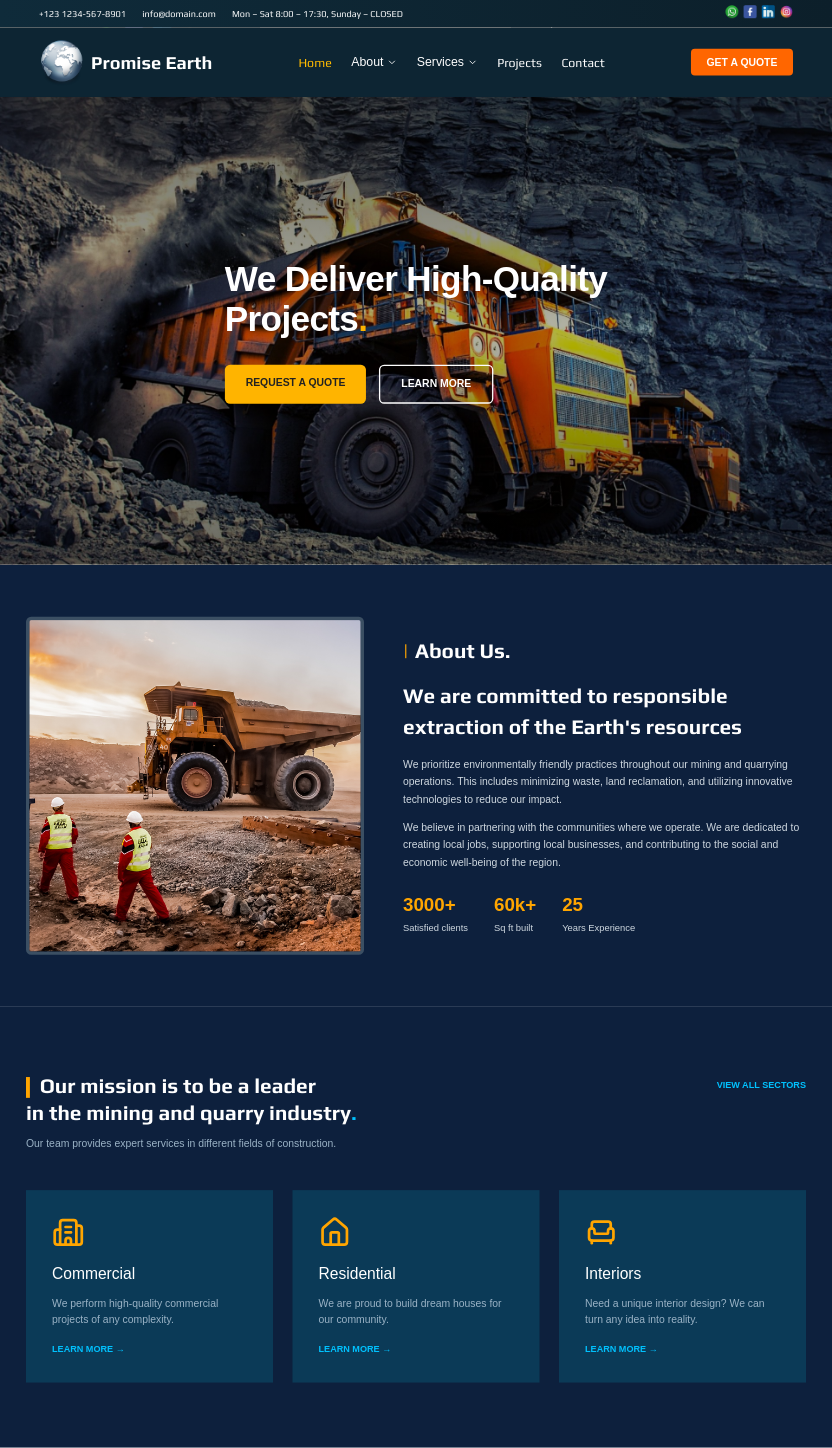
Repository: KC-Minchakpu/promise-earth
Page: /
An editor plug-in stored every save of this project. The page is shown before and after the next save, followed by the edit.
The browser window is 1280 px wide. The pictures show the whole page, at 65% of full size.
The project was rebuilt for these pictures with package versions that can differ from the ones it lists, and the page was loaded fresh each time. The framework's server and built-in components were replaced by stand-ins that run in the browser. Also part of the build but not shown: next.config.ts.

Above is the page before, as saved 2026-02-26 15:29:08.

### src/app/layout.tsx
import type { Metadata } from "next";
import { Play, Poppins } from "next/font/google";
import "./globals.css";
import Header from "@/components/Header/Header";

const play = Play({
  variable: "--font-play",
  subsets: ["latin"],
  weight: ["400", "700"],
});

const poppins = Poppins({
  variable: "--font-poppins",
  subsets: ["latin"],
  weight: ["300", "400", "500", "600", "700"],
});

export const metadata: Metadata = {
  title: "Create Next App",
  description: "Generated by create next app",
};

export default function RootLayout({
  children,
}: Readonly<{
  children: React.ReactNode;
}>) {
  return (
    <html lang="en">
      <body
        className={`${play.variable} ${poppins.variable} antialiased`}
      >
        <Header />
        {children}
      </body>
    </html>
  );
}

### src/app/page.tsx
import AboutUsSection from "@/components/About/AboutUsSection";
import Hero from "@/components/Hero/Hero";
import ServicesSection from "@/components/Services/ServicesSection";


export default function Home() {
  return (
   <>
    <Hero />
    <AboutUsSection />
    <ServicesSection />
  </>
  );
}

### src/app/globals.css
@import "tailwindcss";

:root {
  --background: #ffffff;
  --foreground: #171717;
}


@media (prefers-color-scheme: dark) {
  :root {
    --background: #0a0a0a;
    --foreground: #ededed;
  }
}

body {
  background: var(--background);
  color: var(--foreground);
  font-family: Arial, Helvetica, sans-serif;
}

### src/components/Header/Header.tsx
"use client";

import { useState, useEffect, useRef } from "react";
import { usePathname } from "next/navigation";
import Link from "next/link";
import Image from "next/image";
import styles from "./Header.module.css";
import { ChevronDown, Menu, X } from "lucide-react";

const Header = () => {
  const pathname = usePathname();

  const [mobileOpen, setMobileOpen] = useState(false);
  const [scrolled, setScrolled] = useState(false);
  const [aboutOpen, setAboutOpen] = useState(false);
  const [servicesOpen, setServicesOpen] = useState(false);

  // FIX: correct timeout type
  const aboutTimeoutRef = useRef<ReturnType<typeof setTimeout> | null>(null);
  const servicesTimeoutRef = useRef<ReturnType<typeof setTimeout> | null>(null);

  /* Sticky Scroll */
  useEffect(() => {
    const handleScroll = () => {
      setScrolled(window.scrollY > 20);
    };

    window.addEventListener("scroll", handleScroll);
    return () => window.removeEventListener("scroll", handleScroll);
  }, []);

  const isActive = (path: string) => pathname === path;

  const socials = [
    { href: "#", src: "/icons/whatsapp.png", alt: "WhatsApp", title: "WhatsApp" },
    { href: "#", src: "/icons/facebook.png", alt: "Facebook", title: "Facebook" },
    { href: "#", src: "/icons/linkedin.png", alt: "LinkedIn", title: "LinkedIn" },
    { href: "#", src: "/icons/instagram.png", alt: "Instagram", title: "Instagram" },
  ];

  return (
    <header className={`${styles.header} ${scrolled ? styles.scrolled : ""}`}>

      {/* TOP BAR */}
      <div className={styles.topBar}>
        <div className={styles.topContainer}>

          <div className={styles.topLeft}>
            <span>+123 1234-567-8901</span>
            <span>info@domain.com</span>
            <span>Mon – Sat 8:00 – 17:30, Sunday – CLOSED</span>
          </div>

          <div className={styles.topRight}>
            {socials.map((social) => (
              <a key={social.alt} href={social.href} title={social.title}>
                <Image
                  src={social.src}
                  alt={social.alt}
                  width={20}
                  height={20}
                />
              </a>
            ))}
          </div>

        </div>
      </div>


      {/* NAVBAR */}
      <div className={styles.navbar}>
        <div className={styles.navContainer}>

          {/* LOGO */}
          <Link href="/" className={styles.logo}>
            <Image
              src="/images/globe.png"
              alt="Promise Earth Logo"
              width={70}
              height={70}
              priority
            />
            <span>Promise Earth</span>
          </Link>


          {/* NAV LINKS */}
          <nav className={`${styles.navLinks} ${mobileOpen ? styles.show : ""}`}>

            <Link href="/" className={isActive("/") ? styles.active : ""}>
              Home
            </Link>


            {/* ABOUT */}
            <div
              className={styles.dropdown}
              onMouseEnter={() => {
                if (aboutTimeoutRef.current) clearTimeout(aboutTimeoutRef.current);
                setAboutOpen(true);
              }}
              onMouseLeave={() => {
                aboutTimeoutRef.current = setTimeout(() => {
                  setAboutOpen(false);
                }, 150);
              }}
            >

              <button className={styles.dropBtn}>
                About <ChevronDown size={16} />
              </button>

              <div className={`${styles.dropdownMenu} ${aboutOpen ? styles.showDropdown : ""}`}>
                <Link href="/promise-earth">Promise Earth</Link>
                <Link href="/emmanuel-benjamin">Emmanuel K. Benjamin</Link>
                <Link href="/our-team">Our Team</Link>
              </div>

            </div>


            {/* SERVICES */}
            <div
              className={styles.dropdown}
              onMouseEnter={() => {
                if (servicesTimeoutRef.current) clearTimeout(servicesTimeoutRef.current);
                setServicesOpen(true);
              }}
              onMouseLeave={() => {
                servicesTimeoutRef.current = setTimeout(() => {
                  setServicesOpen(false);
                }, 150);
              }}
            >

              <button className={styles.dropBtn}>
                Services <ChevronDown size={16} />
              </button>

              <div className={`${styles.dropdownMenu} ${servicesOpen ? styles.showDropdown : ""}`}>
                <Link href="/mining">Mining</Link>
                <Link href="/quarry">Quarry</Link>
                <Link href="/construction">Construction</Link>
                <Link href="/excavation">Excavation</Link>
                <Link href="/sandstones">Sandstones</Link>
              </div>

            </div>


            <Link href="/projects" className={isActive("/projects") ? styles.active : ""}>
              Projects
            </Link>

            <Link href="/contact" className={isActive("/contact") ? styles.active : ""}>
              Contact
            </Link>

          </nav>


          {/* CTA */}
          <div className={styles.cta}>
            <Link href="/contact">GET A QUOTE</Link>
          </div>


          {/* MOBILE TOGGLE */}
          <div
            className={styles.mobileToggle}
            onClick={() => setMobileOpen(!mobileOpen)}
          >
            {mobileOpen ? <X size={24} /> : <Menu size={24} />}
          </div>


        </div>
      </div>

    </header>
  );
};

export default Header;

### src/components/About/AboutUsSection.tsx
// components/AboutUsSection.tsx
"use client";

import Image from "next/image";
import styles from "./AboutUsSection.module.css";

const AboutUsSection = () => {
  return (
    <section className={styles.aboutSection}>
      <div className={styles.container}>
        {/* Left Image */}
        <div className={styles.imageWrapper}>
          <Image
            src="/images/about-1.png"
            alt="Earth Moving Vehicle"
            width={400}
            height={400}
            className={styles.image}
          />
        </div>

        {/* Right Content */}
        <div className={styles.content}>
          <h2 className={styles.heading}>
            <span className={styles.highlight}>|</span> About Us.
          </h2>
          <h2 className={styles.heading}>
            We are committed to responsible extraction of the Earth&apos;s resources
          </h2>
          <p className={styles.description}>
            We prioritize environmentally friendly practices throughout our mining and quarrying operations. This includes minimizing waste, land reclamation, and utilizing innovative technologies to reduce our impact.
          </p>
          <p className={styles.description}>
            We believe in partnering with the communities where we operate. We are dedicated to creating local jobs, supporting local businesses, and contributing to the social and economic well-being of the region.
          </p>

          {/* Stats */}
          <div className={styles.stats}>
            <div className={styles.statItem}>
              <span className={styles.statNumber}>3000+</span>
              <span className={styles.statLabel}>Satisfied clients</span>
            </div>
            <div className={styles.statItem}>
              <span className={styles.statNumber}>60k+</span>
              <span className={styles.statLabel}>Sq ft built</span>
            </div>
            <div className={styles.statItem}>
              <span className={styles.statNumber}>25</span>
              <span className={styles.statLabel}>Years Experience</span>
            </div>
          </div>
        </div>
      </div>
    </section>
  );
};

export default AboutUsSection;

### src/components/Hero/Hero.tsx
"use client";

import Image from "next/image";
import Link from "next/link";
import styles from "./Hero.module.css";

const Hero = () => {
  return (
    <section className={styles.hero}>
      {/* Background Image */}
      <Image
        src="/images/hero.jpg"
        alt="Earth moving Vehicle"
        fill
        priority
        className={styles.backgroundImage}
      />

      {/* Overlay */}
      <div className={styles.overlay}></div>

      {/* Content */}
      <div className={styles.content}>
        <h1 className={styles.heading}>
          We Deliver High-Quality
          <br />
           Projects<span className={styles.highlight}>.</span>
        </h1>

        <div className={styles.buttons}>
          <Link href="/contact" className={styles.primaryBtn}>
            REQUEST A QUOTE
          </Link>

          <Link href="/about" className={styles.secondaryBtn}>
            LEARN MORE
          </Link>
        </div>
      </div>
    </section>
  );
};

export default Hero;

### src/components/Services/ServicesSection.tsx
"use client";

import styles from "./ServicesSection.module.css";
import Link from "next/link";
import {
  Building2,
  Home,
  Armchair,
} from "lucide-react";

const services = [
  {
    icon: Building2,
    title: "Commercial",
    description:
      "We perform high-quality commercial projects of any complexity.",
    link: "#",
  },
  {
    icon: Home,
    title: "Residential",
    description:
      "We are proud to build dream houses for our community.",
    link: "#",
  },
  {
    icon: Armchair,
    title: "Interiors",
    description:
      "Need a unique interior design? We can turn any idea into reality.",
    link: "#",
  },
];

export default function ServicesSection() {
  return (
    <section className={styles.section}>

      <div className={styles.container}>

        {/* Header */}
        <div className={styles.header}>

          <div>
            <h2 className={styles.title}>
              <span className={styles.bar}></span>
              Our mission is to be a leader <br /> in the mining and quarry industry<span className={styles.dot}>.</span>
            </h2>

            <p className={styles.subtitle}>
              Our team provides expert services in different fields of construction.
            </p>
          </div>

          <Link href="#" className={styles.viewAll}>
            VIEW ALL SECTORS
          </Link>

        </div>


        {/* Cards */}
        <div className={styles.grid}>

          {services.map((service, index) => {

            const Icon = service.icon;

            return (
              <div key={index} className={styles.card}>

                <Icon className={styles.icon} />

                <h3 className={styles.cardTitle}>
                  {service.title}
                </h3>

                <p className={styles.cardDescription}>
                  {service.description}
                </p>

                <Link href={service.link} className={styles.learnMore}>
                  LEARN MORE →
                </Link>

              </div>
            );
          })}

        </div>

      </div>

    </section>
  );
}

### src/components/Header/Header.module.css
.header {
  position: sticky;
  top: 0;
  z-index: 9999;
  transition: all 0.3s ease;
}

.scrolled {
  box-shadow: 0 6px 20px rgba(0, 0, 0, 0.15);
}

.topBar {
  background: linear-gradient(to right, #0f2b3a, #0c1f2a);
  color: #ffffff;
  font-size: 14px;
  font-family: "Play", sans-serif;
  border-bottom: 1px solid #888888;
}

.topContainer {
  max-width: 1200px;
  margin: auto;
  padding: 8px 20px;
  display: flex;
  justify-content: space-between;
  align-items: center;
}

.topLeft span {
  margin-right: 25px;
}

.topRight a {
  margin-left: 8px;
  display: inline-block;
}

/* NAVBAR */
.navbar {
  background: #0d2533;
  color: white;
}

.navContainer {
  max-width: 1200px;
  margin: auto;
  padding: 18px 20px;
  display: flex;
  align-items: center;
  justify-content: space-between;
}

/* LOGO */
.logo {
  display: flex;
  align-items: center;
  gap: 10px;
  font-size: 28px;
  font-weight: bold;
  font-family: "Play", sans-serif;
  text-decoration: none;
  color: white;
}

/* NAV LINKS */
.navLinks {
  display: flex;
  align-items: center;
  gap: 30px;
}

.navLinks a {
  color: white;
  text-decoration: none;
  font-size: 19px;
  font-weight: 500;
  transition: color 0.3s ease;
  font-family: "Play", sans-serif;
}

.navLinks a:hover {
  color: #ffae00;
}

.active {
  color: #ffbb00 !important;
}

/* DROPDOWN  */
.dropdown {
  position: relative;
}

.dropBtn {
  background: none;
  border: none;
  color: white;
  font-weight: 500;
  font-size: 19px;
  display: flex;
  align-items: center;
  gap: 5px;
  cursor: pointer;
  transition: color 0.3s ease;
}

.dropBtn:hover {
  color: #ffc400;
}

.dropdownMenu {
  position: absolute;
  top: 100%;
  left: 0;
  margin-top: 0;
  background: #111111;
  min-width: 250px;
  border-radius: 6px;
  box-shadow: 0 10px 25px rgba(0, 0, 0, 0.15);
  opacity: 0;
  transform: translateY(10px);
  pointer-events: none;
  transition: all 0.25s ease;
}

.showDropdown {
  opacity: 1;
  transform: translateY(0);
  pointer-events: auto;
}

.dropdownMenu a {
  display: block;
  padding: 12px 18px;
  color: #ffffff;
  text-decoration: none;
  transition: background 0.3s ease;
}

.dropdownMenu a:hover {
   color: #ffc400;
}

/* CTA  */
.cta a {
  background: #ff6600;
  padding: 12px 24px;
  border-radius: 6px;
  color: white;
  text-decoration: none;
  font-weight: bold;
  transition: all 0.3s ease;
}

.cta a:hover {
  background: #e65c00;
  transform: translateY(-2px);
}

/*  MOBILE  */
.mobileToggle {
  display: none;
  cursor: pointer;
}

@media (max-width: 992px) {
  .navLinks {
    position: absolute;
    top: 80px;
    left: 0;
    width: 100%;
    background: #0d2533;
    flex-direction: column;
    padding: 20px;
    display: none;
  }

  .show {
    display: flex;
  }

  .cta {
    display: none;
  }

  .mobileToggle {
    display: block;
  }

  .dropdownMenu {
    position: relative;
    top: 0;
    box-shadow: none;
    opacity: 1;
    transform: none;
    pointer-events: auto;
    background: #112f40;
  }

  .dropdownMenu a {
    color: white;
  }
}

### src/components/About/AboutUsSection.module.css
/* components/AboutUsSection.module.css */

.aboutSection {
  background-color: #0d203d;
  padding: 80px 20px;
  color: #ffffff;
}

.container {
  display: flex;
  align-items: center;
  justify-content: center;
  gap: 60px;
  max-width: 1200px;
  margin: 0 auto;
  flex-wrap: wrap;
}

.imageWrapper {
  flex: 1 1 400px;
}

.image {
  border: 5px solid #3b4f63;
  border-radius: 8px;
  width: 100%;
  height: auto;
  object-fit: cover;
}

.content {
  flex: 1 1 500px;
}

.heading {
  font-size: 2rem;
  font-weight: 700;
  font-family: "Play", sans-serif;
  margin-bottom: 20px;
  display: flex;
  align-items: center;
}

.highlight {
  color: #ffa500;
  margin-right: 10px;
}

.description {
  font-size: 1rem;
  line-height: 1.7;
  margin-bottom: 15px;
  color: #cfd8e0;
}

.stats {
  display: flex;
  gap: 40px;
  margin-top: 30px;
  flex-wrap: wrap;
}

.statItem {
  display: flex;
  flex-direction: column;
  align-items: flex-start;
}

.statNumber {
  font-size: 1.8rem;
  font-weight: 700;
  color: #ffa500;
}

.statLabel {
  font-size: 0.9rem;
  color: #cfd8e0;
  margin-top: 5px;
}

### src/components/Hero/Hero.module.css
.hero {
  position: relative;
  width: 100%;
  height: 100vh;
  min-height: 650px;
  display: flex;
  align-items: center;
  overflow: hidden;
}

/* Background Image */
.backgroundImage {
  object-fit: cover;
  z-index: 1;
}

/* Blue Gradient Overlay */
.overlay {
  position: absolute;
  inset: 0;
  background: linear-gradient(
    180deg,
    rgba(0, 0, 0, 0.6) 0%,
    rgba(0, 0, 0, 0.3) 50%,
    rgba(0, 0, 0, 0.6) 100%
  );
  z-index: 2;
}

/* Content */
.content {
  position: relative;
  z-index: 3;
  max-width: 1200px;
  margin: 0 auto;
  padding: 0 40px;
  color: white;
}

/* Heading */
.heading {
  font-size: 54px;
  font-weight: 800;
  line-height: 1.15;
  letter-spacing: -1px;
  margin-bottom: 40px;
  max-width: 700px;
}

.highlight {
  color: #ffb400;
}

/* Buttons */
.buttons {
  display: flex;
  gap: 20px;
}

.primaryBtn {
  background: #ffb400;
  color: #222222;
  padding: 16px 32px;
  border-radius: 8px;
  font-weight: 700;
  text-decoration: none;
  transition: all 0.3s ease;
}

.primaryBtn:hover {
  background: #e6a200;
  transform: translateY(-3px);
}

.secondaryBtn {
  border: 2px solid #ffffff;
  color: #ffffff;
  padding: 16px 32px;
  border-radius: 8px;
  font-weight: 600;
  text-decoration: none;
  transition: all 0.3s ease;
}

.secondaryBtn:hover {
  background: rgba(255, 255, 255, 0.1);
  transform: translateY(-3px);
}

/* Responsive */

@media (max-width: 1024px) {
  .heading {
    font-size: 48px;
  }
}

@media (max-width: 768px) {
  .hero {
    height: 85vh;
  }

  .heading {
    font-size: 36px;
  }

  .buttons {
    flex-direction: column;
    gap: 15px;
  }

  .primaryBtn,
  .secondaryBtn {
    width: fit-content;
  }
}

### src/components/Services/ServicesSection.module.css
.section {
  background-color: #0d203d;
  padding: 100px 20px;

}


.container {
  max-width: 1200px;
  margin: auto;

}


.header {
  display: flex;
  justify-content: space-between;
  align-items: flex-start;
  flex-wrap: wrap;
  margin-bottom: 60px;

}


.title {
  color: white;
  font-size: 32px;
  font-family: "Play", sans-serif;
  font-weight: 700;
  line-height: 1.3;
  max-width: 700px;
  margin-bottom: 15px;

}


.bar {
  display: inline-block;
  width: 6px;
  height: 32px;
  background: orange;
  margin-right: 15px;
  vertical-align: middle;

}


.dot {
  color: #00c2ff;

}


.subtitle {
  color: #9bb3c6;
  font-size: 16px;

}


.viewAll {
  color: #00c2ff;
  font-size: 14px;
  font-weight: 600;
  text-decoration: none;
  margin-top: 10px;

}


.viewAll:hover {
  text-decoration: underline;

}


/* GRID */


.grid {
  display: grid;
  grid-template-columns: repeat(3, 1fr);
  gap: 30px;

}


/* CARD */

.card {
  background-color: #0b3a57;
  padding: 40px;
  transition: 0.3s;

}


.card:hover {
  transform: translateY(-6px);

}


.icon {
  width: 50px;
  height: 50px;
  color: orange;
  margin-bottom: 20px;

}


.cardTitle {
  color: white;
  font-size: 24px;
  margin-bottom: 15px;

}


.cardDescription {
  color: #9bb3c6;
  margin-bottom: 20px;
  line-height: 1.6;

}


.learnMore {
  color: #00c2ff;
  font-size: 14px;
  text-decoration: none;
  font-weight: 600;

}


.learnMore:hover {
  text-decoration: underline;

}



/* RESPONSIVE */

@media (max-width: 992px) {
  .grid {
    grid-template-columns: repeat(2, 1fr);

  }

}


@media (max-width: 600px) {
  .grid {
    grid-template-columns: 1fr;

  }

  .title {
    font-size: 32px;

  }

}

After the next save:
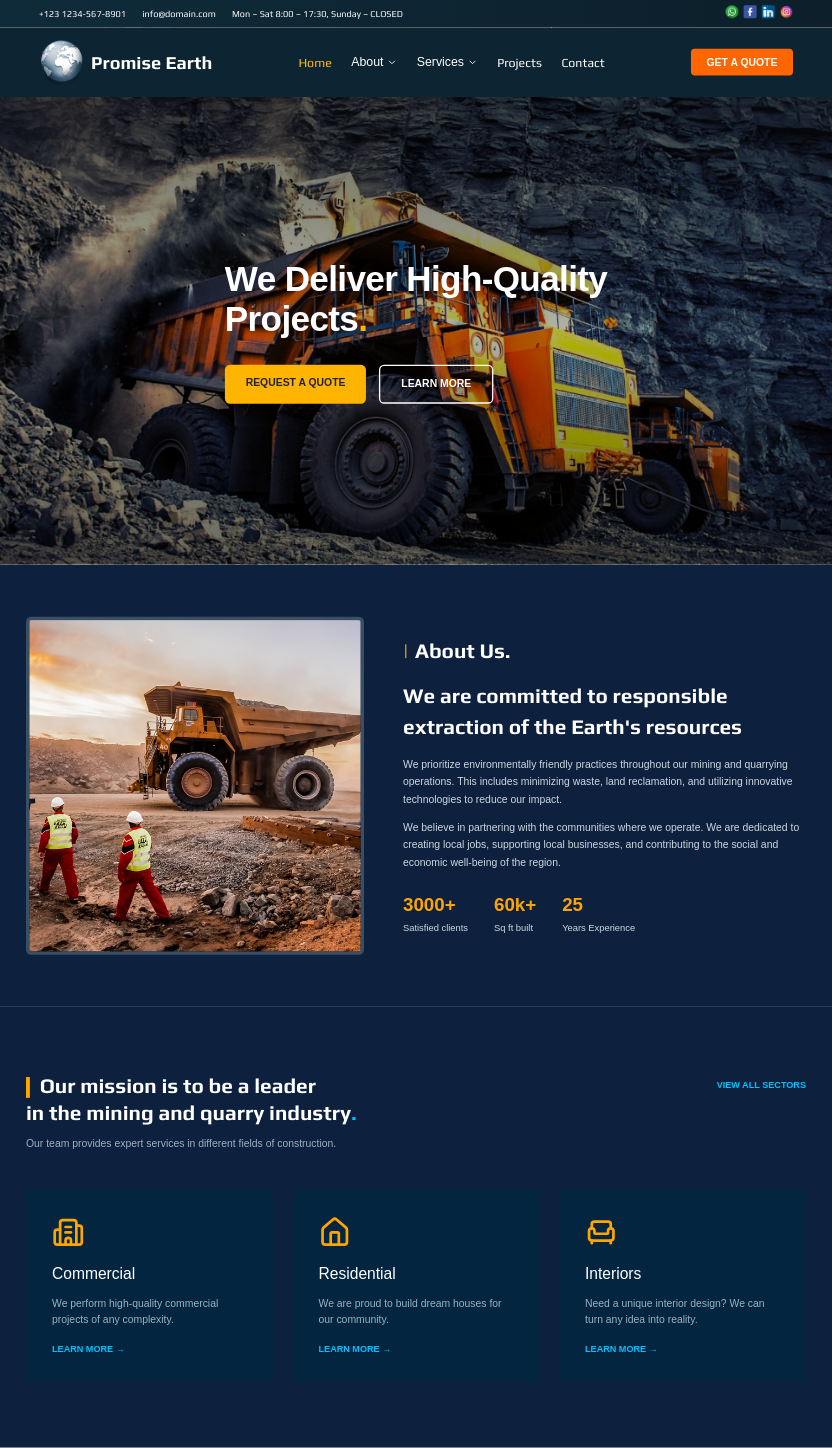
Saved 61 s later.
--- a/src/components/Services/ServicesSection.module.css
+++ b/src/components/Services/ServicesSection.module.css
@@ -88,7 +88,7 @@
 /* CARD */
 
 .card {
-  background-color: #0b3a57;
+  background-color: #032540;
   padding: 40px;
   transition: 0.3s;
 
